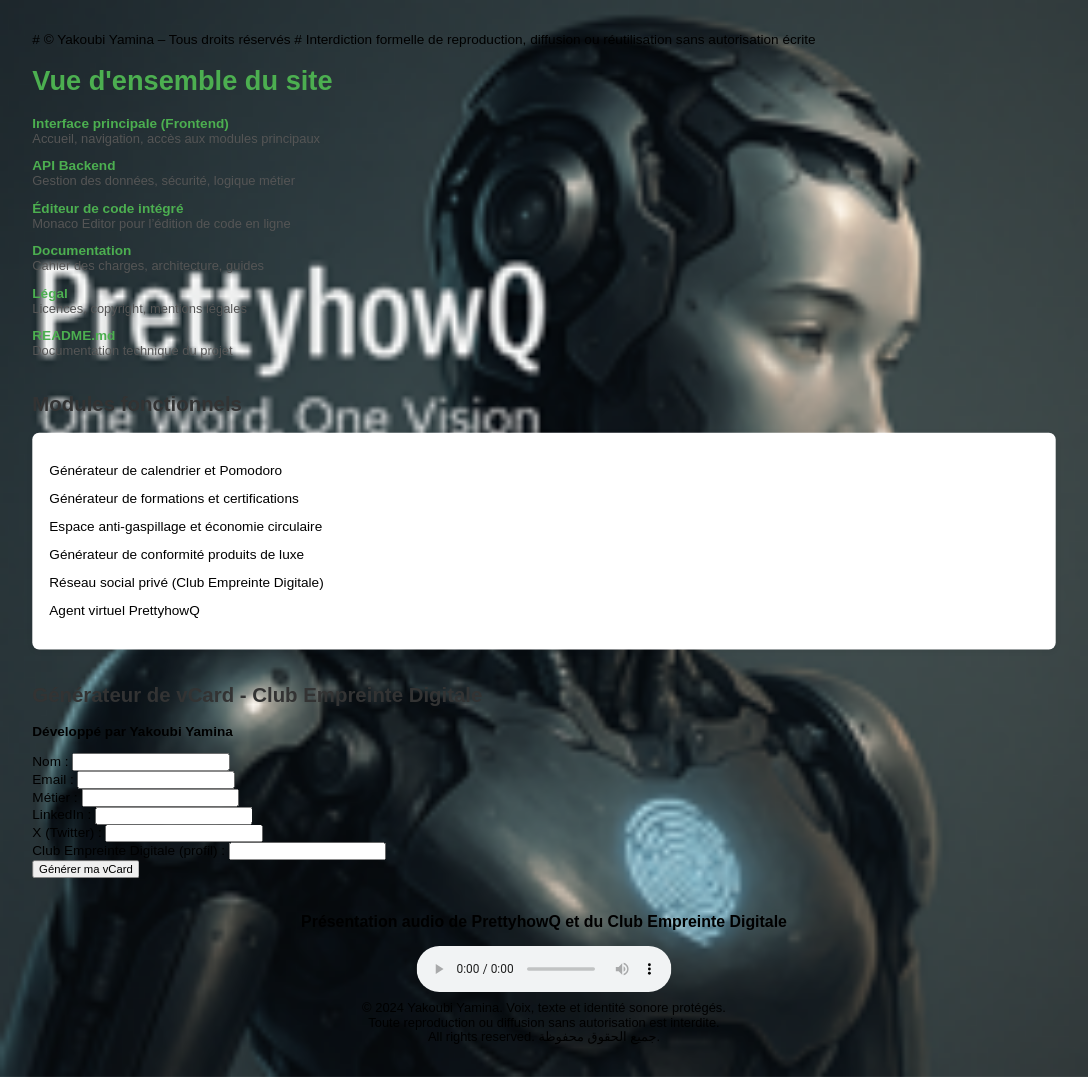
Repository: PrettyhowQ/yakoubi_yamina_CED
Page: <!DOCTYPE html>.html
An editor plug-in stored every save of this project. The page is shown before and after the next save, followed by the edit.
The browser window is 1280 px wide. The pictures show the whole page, at 85% of full size.
Backgrounds fixed to the window are drawn as part of the page.

Above is the page before, as saved 2025-05-19 04:33:33.

### <!DOCTYPE html>.html

# © Yakoubi Yamina – Tous droits réservés
# Interdiction formelle de reproduction, diffusion ou réutilisation sans autorisation écrite<!DOCTYPE html>
<html lang="fr">
<head>
  <meta charset="UTF-8">
  <title>Vue d'ensemble - CEDPro / PrettyhowQ Learn Pro</title>
  <style>
    body { font-family: Arial, sans-serif; background: #f4f4f4; padding: 30px; }
    h1 { color: #4CAF50; }
    ul { list-style: none; padding: 0; }
    li { margin: 15px 0; }
    a { color: #4CAF50; text-decoration: none; font-weight: bold; }
    a:hover { text-decoration: underline; }
    .desc { color: #555; font-size: 0.95em; }
    h2 { margin-top: 40px; color: #333; }
    .modules { background: #fff; border-radius: 8px; padding: 20px; box-shadow: 0 2px 8px #0001; }
    body {
      background: url('PrettyhowQ_logo.png') no-repeat center center fixed;
      background-size: cover;
    }
  </style>
</head>
<body>
  <h1>Vue d'ensemble du site</h1>
  <ul>
    <li>
      <a href="./frontend/index.html" target="_blank">Interface principale (Frontend)</a>
      <div class="desc">Accueil, navigation, accès aux modules principaux</div>
    </li>
    <li>
      <a href="./backend/" target="_blank">API Backend</a>
      <div class="desc">Gestion des données, sécurité, logique métier</div>
    </li>
    <li>
      <a href="./editor-core/" target="_blank">Éditeur de code intégré</a>
      <div class="desc">Monaco Editor pour l’édition de code en ligne</div>
    </li>
    <li>
      <a href="./docs/" target="_blank">Documentation</a>
      <div class="desc">Cahier des charges, architecture, guides</div>
    </li>
    <li>
      <a href="./legal/" target="_blank">Légal</a>
      <div class="desc">Licences, copyright, mentions légales</div>
    </li>
    <li>
      <a href="./README.md" target="_blank">README.md</a>
      <div class="desc">Documentation technique du projet</div>
    </li>
  </ul>
  <h2>Modules fonctionnels</h2>
  <div class="modules">
    <ul>
      <li>Générateur de calendrier et Pomodoro</li>
      <li>Générateur de formations et certifications</li>
      <li>Espace anti-gaspillage et économie circulaire</li>
      <li>Générateur de conformité produits de luxe</li>
      <li>Réseau social privé (Club Empreinte Digitale)</li>
      <li>Agent virtuel PrettyhowQ</li>
    </ul>
  </div>
  <h2>Générateur de vCard - Club Empreinte Digitale</h2>
  <p style="font-weight:bold;">Développé par Yakoubi Yamina</p>
  <form method="post">
    Nom : <input name="name" required><br>
    Email : <input name="email" required><br>
    Métier : <input name="job"><br>
    LinkedIn : <input name="linkedin"><br>
    X (Twitter) : <input name="twitter"><br>
    Club Empreinte Digitale (profil) : <input name="club_profile"><br>
    <button type="submit">Générer ma vCard</button>
  </form>
  <section style="text-align:center; margin-top:40px;">
    <h3>Présentation audio de PrettyhowQ et du Club Empreinte Digitale</h3>
    <audio controls>
      <source src="/static/presentation_prettyhowq.mp3" type="audio/mpeg">
      Votre navigateur ne supporte pas la lecture audio.
    </audio>
    <p style="margin-top:10px; font-size:0.95em;">
      © 2024 Yakoubi Yamina. Voix, texte et identité sonore protégés.<br>
      Toute reproduction ou diffusion sans autorisation est interdite.<br>
      All rights reserved. جميع الحقوق محفوظة.
    </p>
  </section>
</body>
</html>

After the next save:
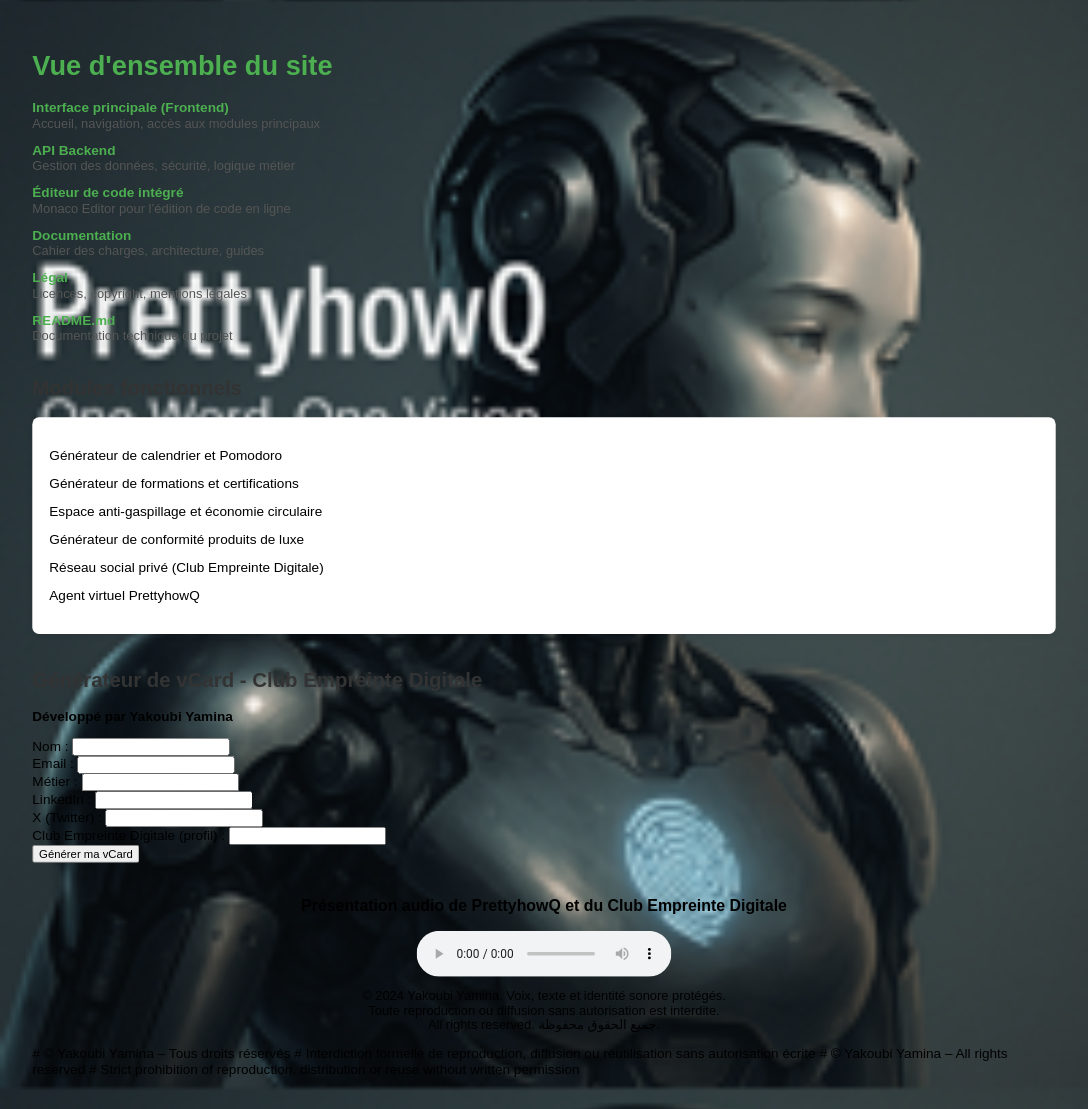
Saved 6 min 16 s later.
--- a/<!DOCTYPE html>.html
+++ b/<!DOCTYPE html>.html
@@ -1,6 +1,5 @@
 
-# © Yakoubi Yamina – Tous droits réservés
-# Interdiction formelle de reproduction, diffusion ou réutilisation sans autorisation écrite<!DOCTYPE html>
+<!DOCTYPE html>
 <html lang="fr">
 <head>
   <meta charset="UTF-8">
@@ -85,3 +84,8 @@
   </section>
 </body>
 </html>
+
+# © Yakoubi Yamina – Tous droits réservés
+# Interdiction formelle de reproduction, diffusion ou réutilisation sans autorisation écrite
+# © Yakoubi Yamina – All rights reserved
+# Strict prohibition of reproduction, distribution or reuse without written permission
